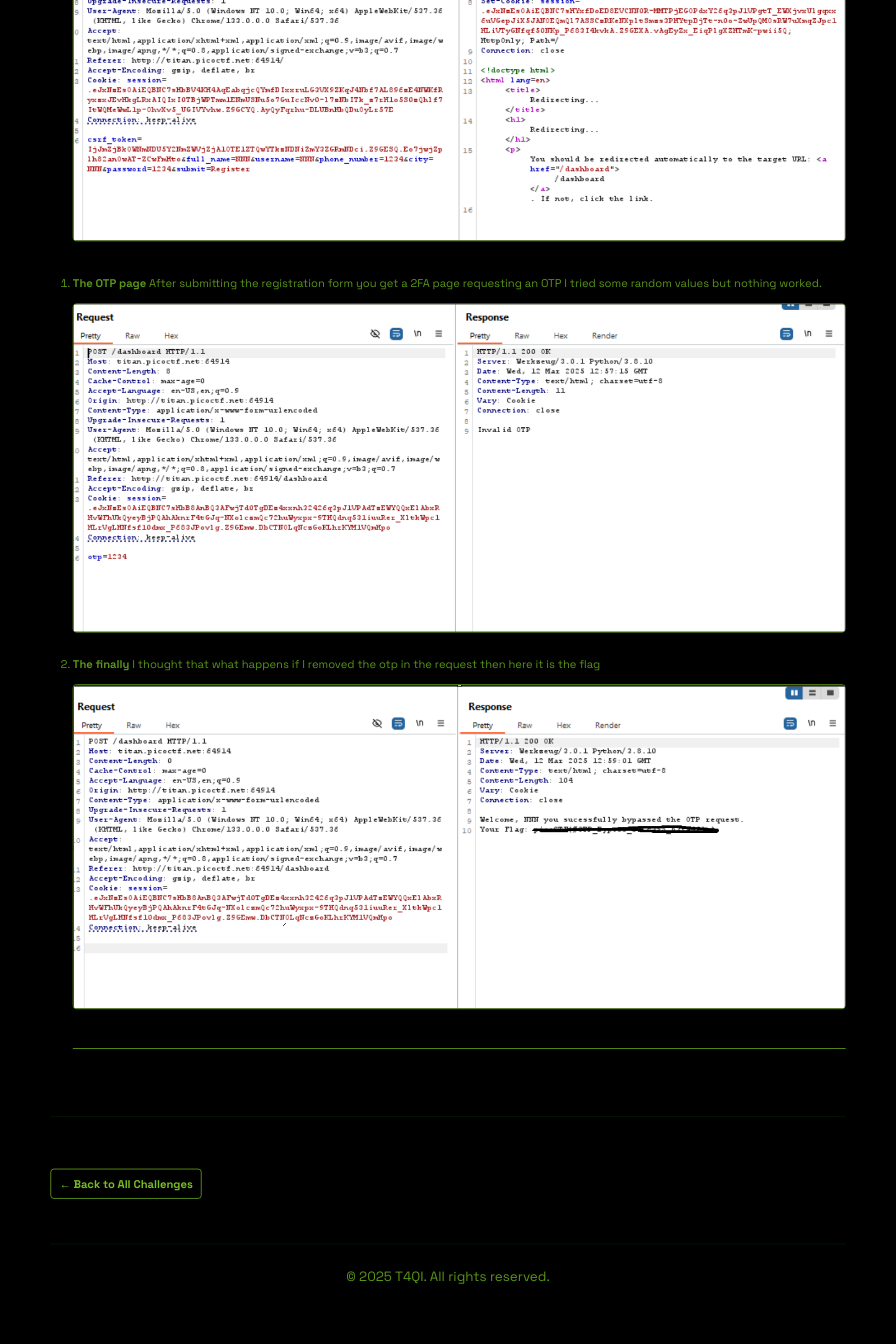
Repository: mohamedsoliman-tq/Website
Page: blogs/picoCTF/introburp.html
These files come from the project's save history. The page is drawn as it stood at one moment and after a run of saves; the edit follows.
The browser window is 1280 px wide. The pictures show the part of the page from y = 1772 to 3692 px (the page is 3692 px tall before and 3676 px after), at 70% of full size.

Above is the page before, as saved 2025-03-13 00:56:54.

After the next 2 saves:
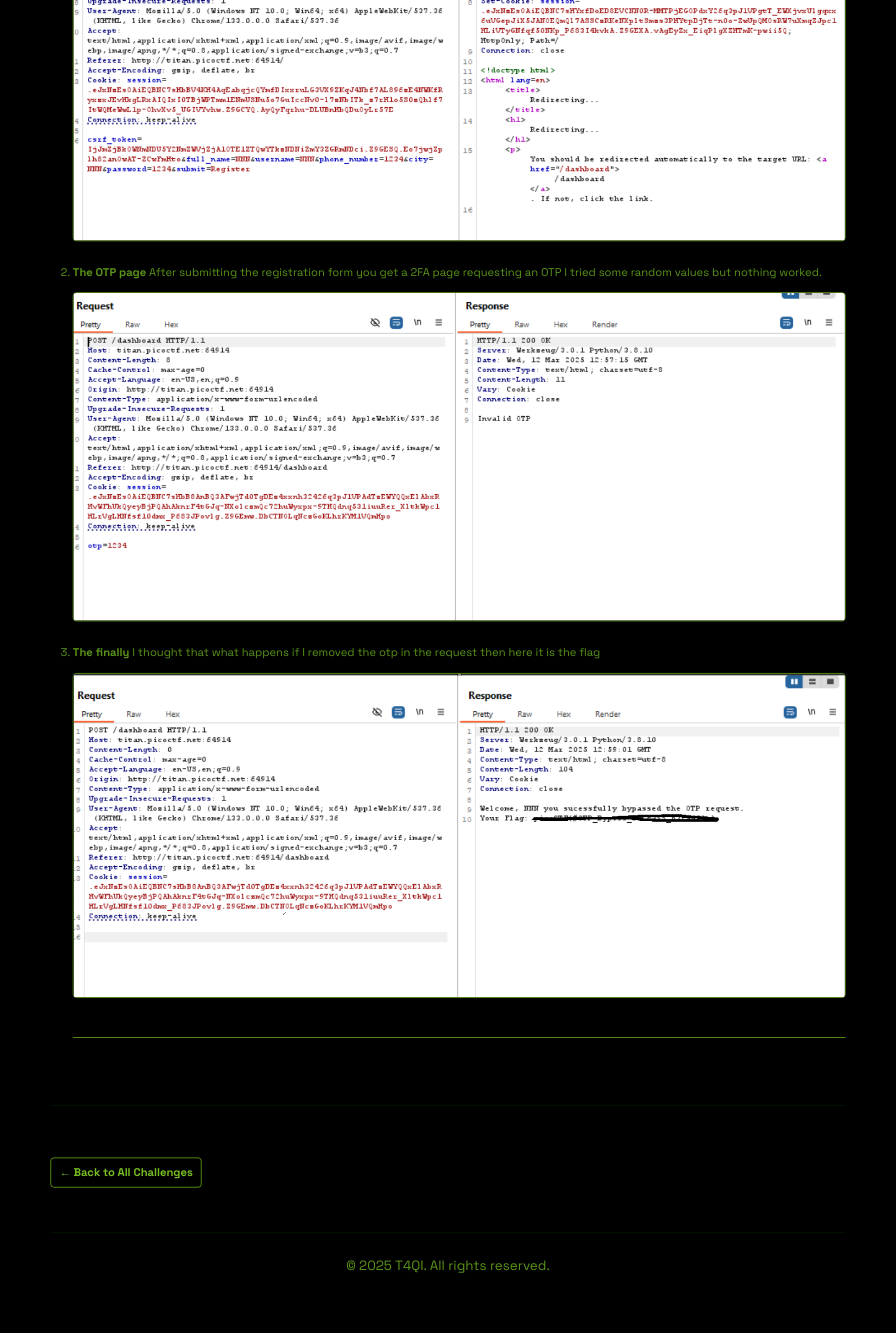
The 2 saves are shown as one change because they came seconds apart.
The last was saved 37 s later.
--- a/blogs/picoCTF/introburp.html
+++ b/blogs/picoCTF/introburp.html
@@ -56,8 +56,6 @@
                 <li><strong>First Glance</strong> You get a registration page you can fill with any data after
                     intercepting it nothing was interesting.<img src="pics/intro1.png" alt="intro1.png">
                 </li>
-            </ol>
-            <ol>
                 <li><strong>The OTP page</strong> After submitting the registration form you get a 2FA page requesting
                     an OTP I tried some random values but nothing worked.<img src="pics/intro2.png" alt="intro2.png">
                 </li>
@@ -65,6 +63,9 @@
                     here it is the flag <img src="pics/intro3.png" alt="intro3.png">
                     <hr>
                 </li>
+            </ol>
+            <ol>
+
             </ol>
         </div>
         <div class="section">
